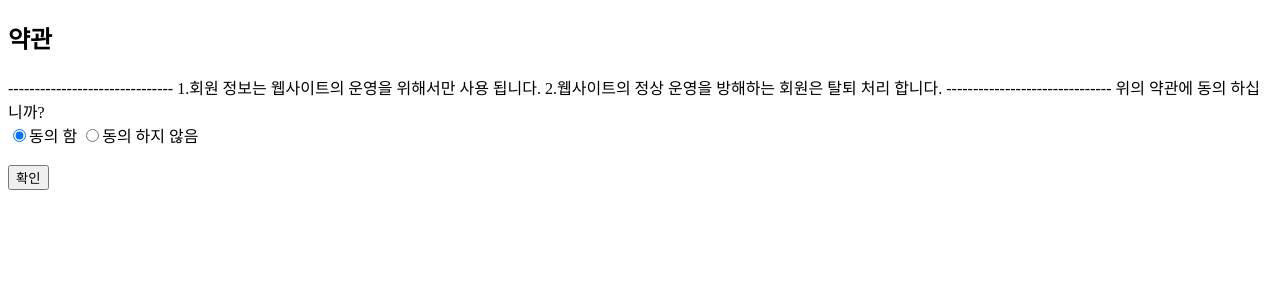
Repository: chanhooop/JSP
Page: http://localhost/Session/userInsert_02.jsp
The author's editor kept a copy of each file at every save. The page is drawn from the files as they stood at one save, then again after the next save.
The browser window is 1280 px wide. The pictures show the whole page.
The page is served by Tomcat 9.

Above is the page before, as saved 2021-05-10 02:24:23.

After the next save:
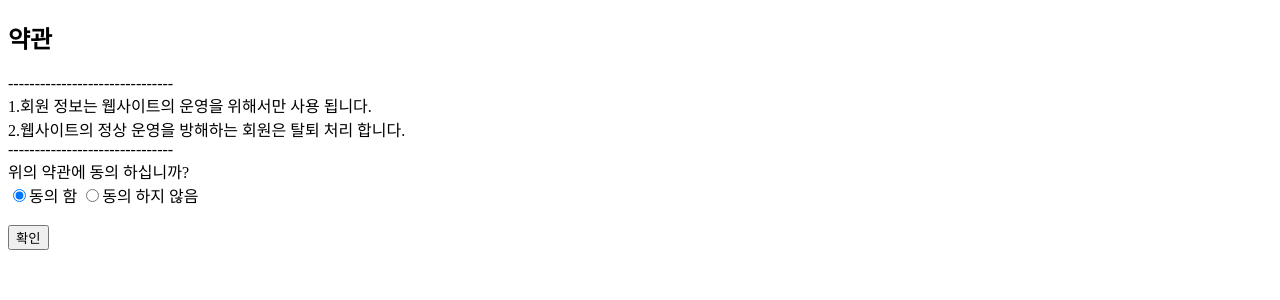
Saved 25 s later.
--- a/Session/src/main/webapp/userInsert_02.jsp
+++ b/Session/src/main/webapp/userInsert_02.jsp
@@ -20,10 +20,10 @@
 	session.setAttribute("NAME", name);
 %>
 	<h2>약관</h2>
-	-------------------------------
-  	1.회원 정보는 웹사이트의 운영을 위해서만 사용 됩니다.
-  	2.웹사이트의 정상 운영을 방해하는 회원은 탈퇴 처리 합니다.
-  	-------------------------------
+	-------------------------------<br>
+  	1.회원 정보는 웹사이트의 운영을 위해서만 사용 됩니다.<br>
+  	2.웹사이트의 정상 운영을 방해하는 회원은 탈퇴 처리 합니다.<br>
+  	-------------------------------<br>
   	위의 약관에 동의 하십니까?
   	<form action="userInsert_03.jsp">
 		<input type="radio" name="check" checked="checked">동의 함
